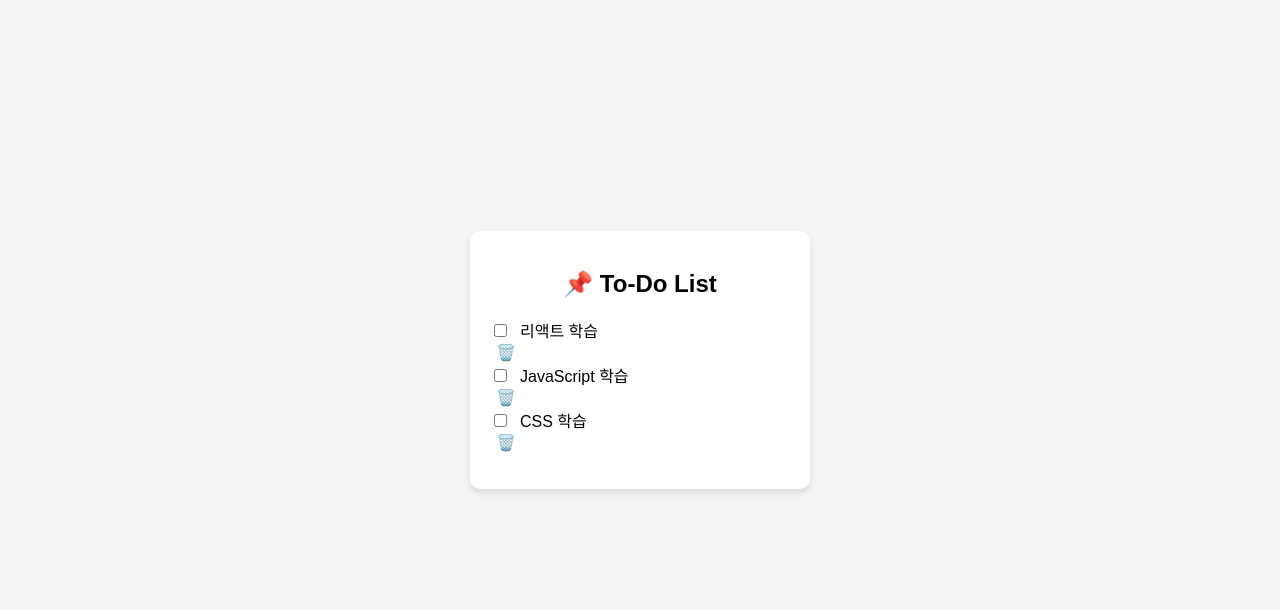
Repository: jongheonleee/todo-list
Page: /
The author's editor kept a copy of each file at every save. The page is drawn from the files as they stood at one save, then again after the next save.
The browser window is 1280 px wide. The pictures show the whole page.
The project was rebuilt for these pictures with package versions that can differ from the ones it lists, and the page was loaded fresh each time. Also part of the build but not shown: src/components/InputForm.css.

Above is the page before, as saved 2025-02-18 15:12:52.

### src/App.js

import React from "react";
import "./App.css";
import InputForm from "./components/InputForm";
import ToDoList from "./components/ToDoList";


const App = () => {
  // 기본적으로 보여줄 리스트
  const items = [
    {
      id : 1,
      text : "리액트 학습",
      done : false
    },

    {
      id : 2,
      text : "JavaScript 학습",
      done : false
    },

    {
      id : 3,
      text : "CSS 학습",
      done : false
    }
  ];


  return (
    <div className="container">
      <div className="sub-container">
        <h2>📌 To-Do List</h2>

        {/* 입력 부분  */}
        {/* <div className="input-area">
          <input type="text" placeholder="할 일을 입력하세요" />
          <button className="add-btn">+</button>
        </div> */}

        <InputForm />

        {/* todo-list 부분 */}
        {/* <ul className="todo-list">
          <li>
            <div className="todo-item">
              <input type="checkbox" />
              <span>리액트 학습</span>
            </div>
            <button className="delete-btn">🗑️</button>
          </li>
          <li>
            <div className="todo-item">
              <input type="checkbox" />
              <span>JavaScript 학습</span>
            </div>
            <button className="delete-btn">🗑️</button>
          </li>
          <li>
            <div className="todo-item">
              <input type="checkbox" />
              <span>CSS 학습</span>
            </div>
            <button className="delete-btn">🗑️</button>
          </li>
        </ul> */}

        <ToDoList />

      </div>
    </div>
  );
}

export default App;

### src/App.css
/* styles.css */
.container {
  font-family: Arial, sans-serif;
  background-color: #f4f4f4;
  display: flex;
  justify-content: center;
  align-items: center;
  height: 100vh;
  margin: 0;
}

.sub-container {
  background: white;
  padding: 20px;
  border-radius: 10px;
  box-shadow: 0 4px 6px rgba(0, 0, 0, 0.1);
  width: 300px;
}

h2 {
  text-align: center;
  margin-bottom: 20px;
}

### src/components/InputForm.js
import React from "react";
import "./InputForm.css";

const InputForm = () => {
    <div className="input-area">
        <input type="text" placeholder="할 일을 입력하세요" />
        <button className="add-btn">+</button>
    </div>
}

export default InputForm;

### src/components/ToDoList.js
import React from "react";
import "./ToDoList.css"

const ToDoList = ({ items }) => {
    return (
        <ul className="todo-list">
            <li>
                <div className="todo-item">
                <input type="checkbox" />
                <span>리액트 학습</span>
                </div>
                <button className="delete-btn">🗑️</button>
            </li>


            <li>
            <div className="todo-item">
                <input type="checkbox" />
                <span>JavaScript 학습</span>
            </div>
            <button className="delete-btn">🗑️</button>
            </li>

            <li>
                <div className="todo-item">
                    <input type="checkbox" />
                    <span>CSS 학습</span>
                </div>
                <button className="delete-btn">🗑️</button>
            </li>
        </ul>
    )
}

export default ToDoList;

### src/components/ToDoList.css
.todo-list {
    list-style: none;
    padding: 0;
    margin-top: 20px;
}

.todo-item li {
    display: flex;
    justify-content: space-between;
    align-items: center;
    padding: 10px;
    border-bottom: 1px solid #ddd;
}

.todo-item {
    display: flex;
    align-items: center;
    gap: 10px;
}

.delete-btn {
    background: none;
    border: none;
    color: red;
    cursor: pointer;
    font-size: 16px;
}

.delete-btn:hover {
    color: darkred;
}

Loaded but not shown: public/index.html (common file); src/index.js (common file); src/index.css (common file); src/reportWebVitals.js (common file)

After the next save:
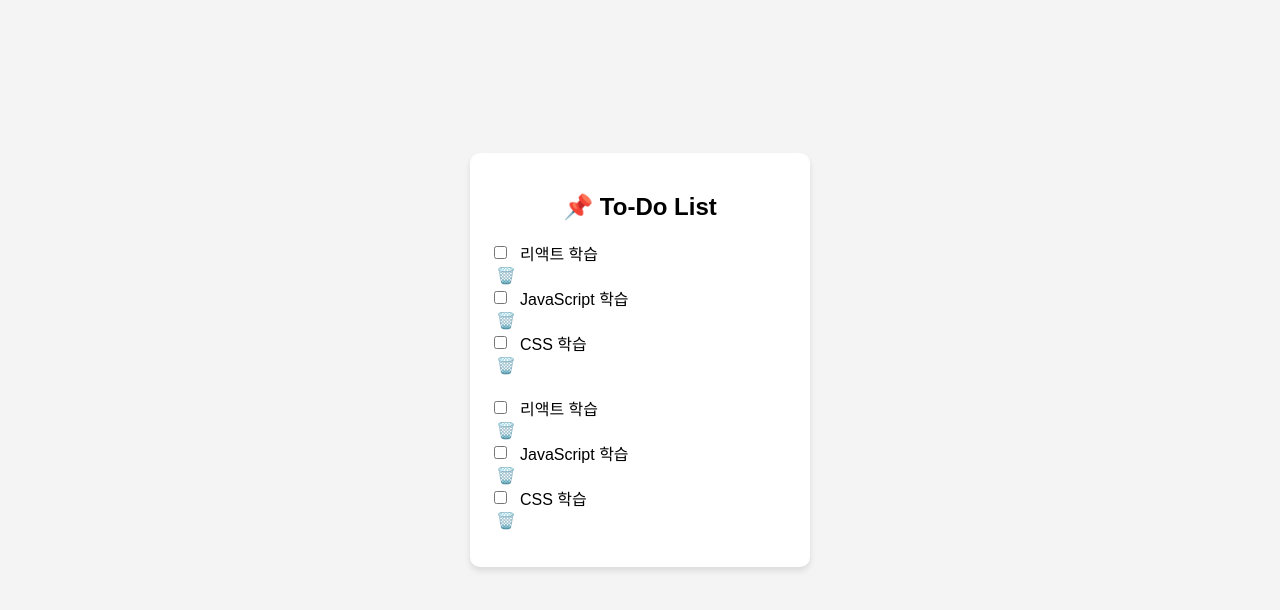
Saved 55 s later.
--- a/src/App.js
+++ b/src/App.js
@@ -42,7 +42,7 @@
         <InputForm />
 
         {/* todo-list 부분 */}
-        {/* <ul className="todo-list">
+        <ul className="todo-list">
           <li>
             <div className="todo-item">
               <input type="checkbox" />
@@ -64,7 +64,7 @@
             </div>
             <button className="delete-btn">🗑️</button>
           </li>
-        </ul> */}
+        </ul>
 
         <ToDoList />
 

After the save that followed:
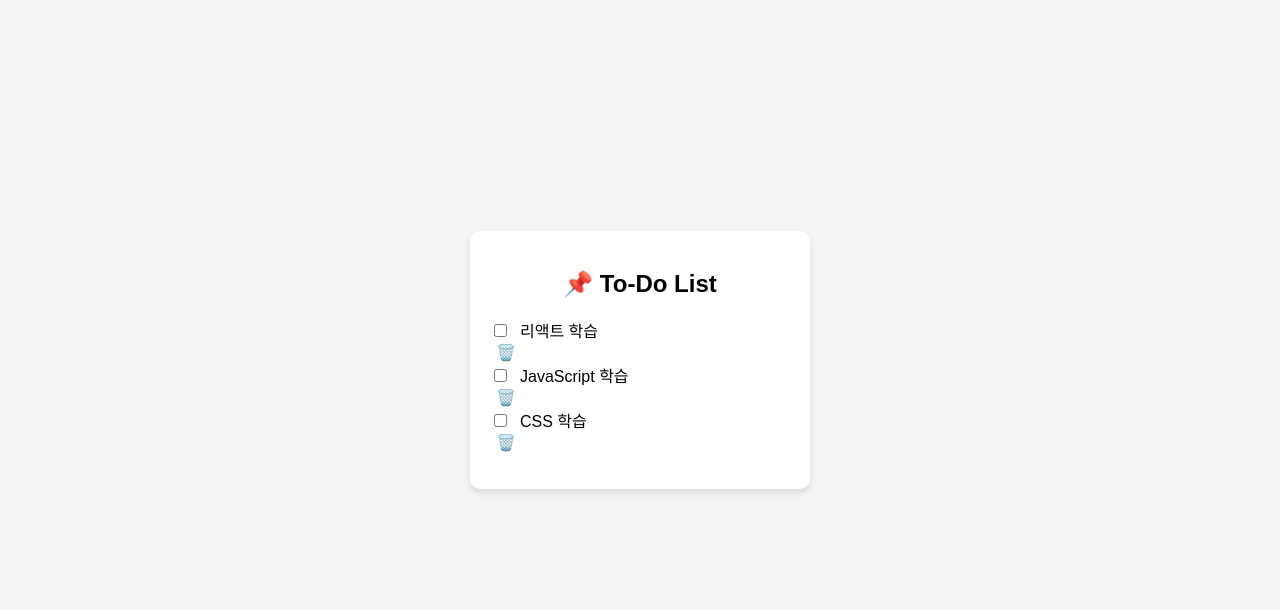
Saved 8 s later.
--- a/src/App.js
+++ b/src/App.js
@@ -65,8 +65,8 @@
             <button className="delete-btn">🗑️</button>
           </li>
         </ul>
-
-        <ToDoList />
+{/*
+        <ToDoList /> */}
 
       </div>
     </div>
